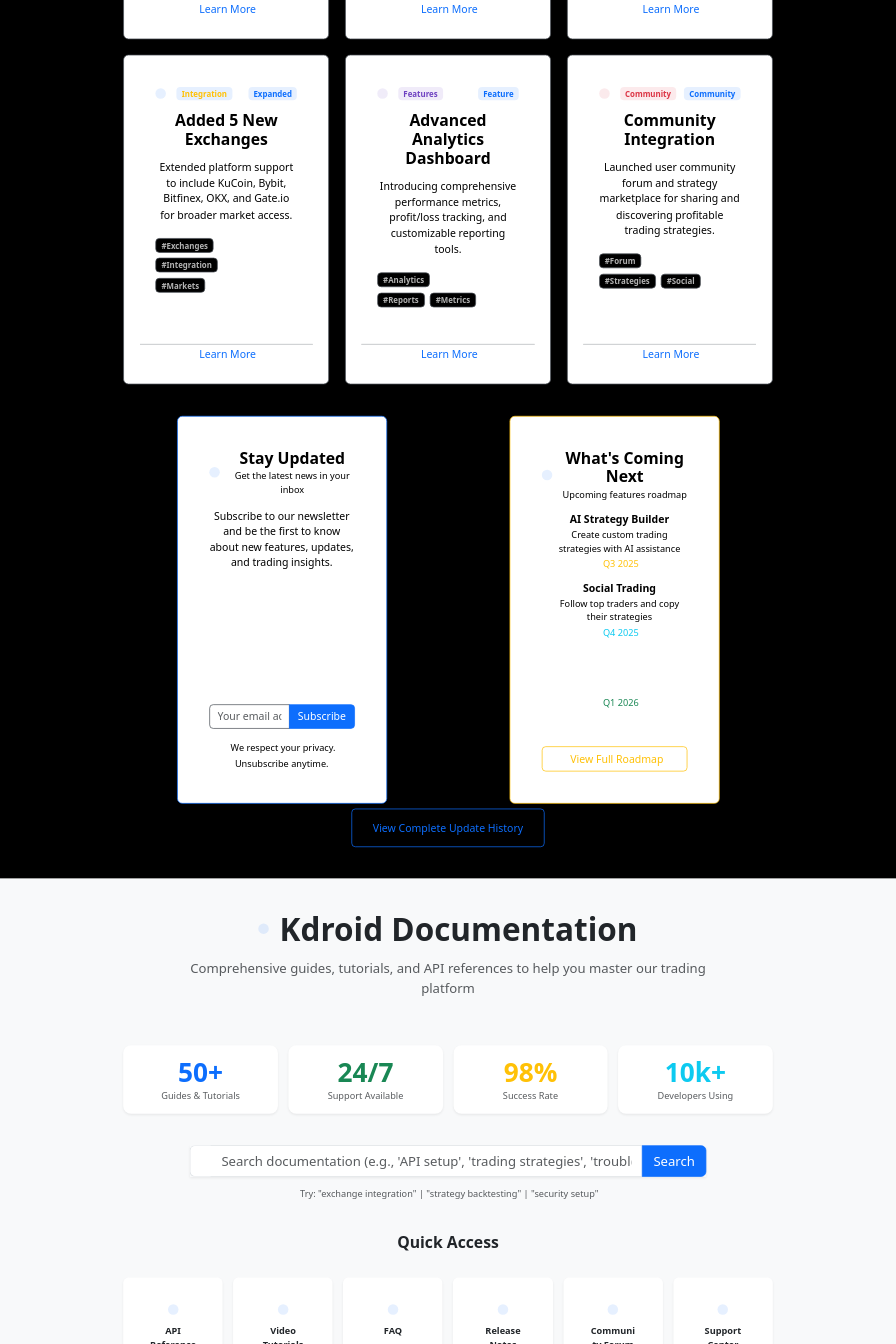
Repository: Kevin-Pro-Codes/halo-trading
Page: /
These files come from the project's save history. The page is drawn as it stood at one moment and after the next save; the edit follows.
The browser window is 1280 px wide. The pictures show the part of the page from y = 4003 to 5923 px (the page is 15259 px tall), at 70% of full size.
The page's requests for data from a server got no answer. The project was rebuilt for these pictures with package versions that can differ from the ones it lists, and the page was loaded fresh each time. Some packages were replaced by stand-ins written for this rebuild. No one was signed in, and anything a server would have sent is missing. Also part of the build but not shown: vite.config.js, src/styles/DocStyle.css, src/styles/PricingStyle.css.

Above is the page before, as saved 2025-12-09 16:36:07.

After the next save:
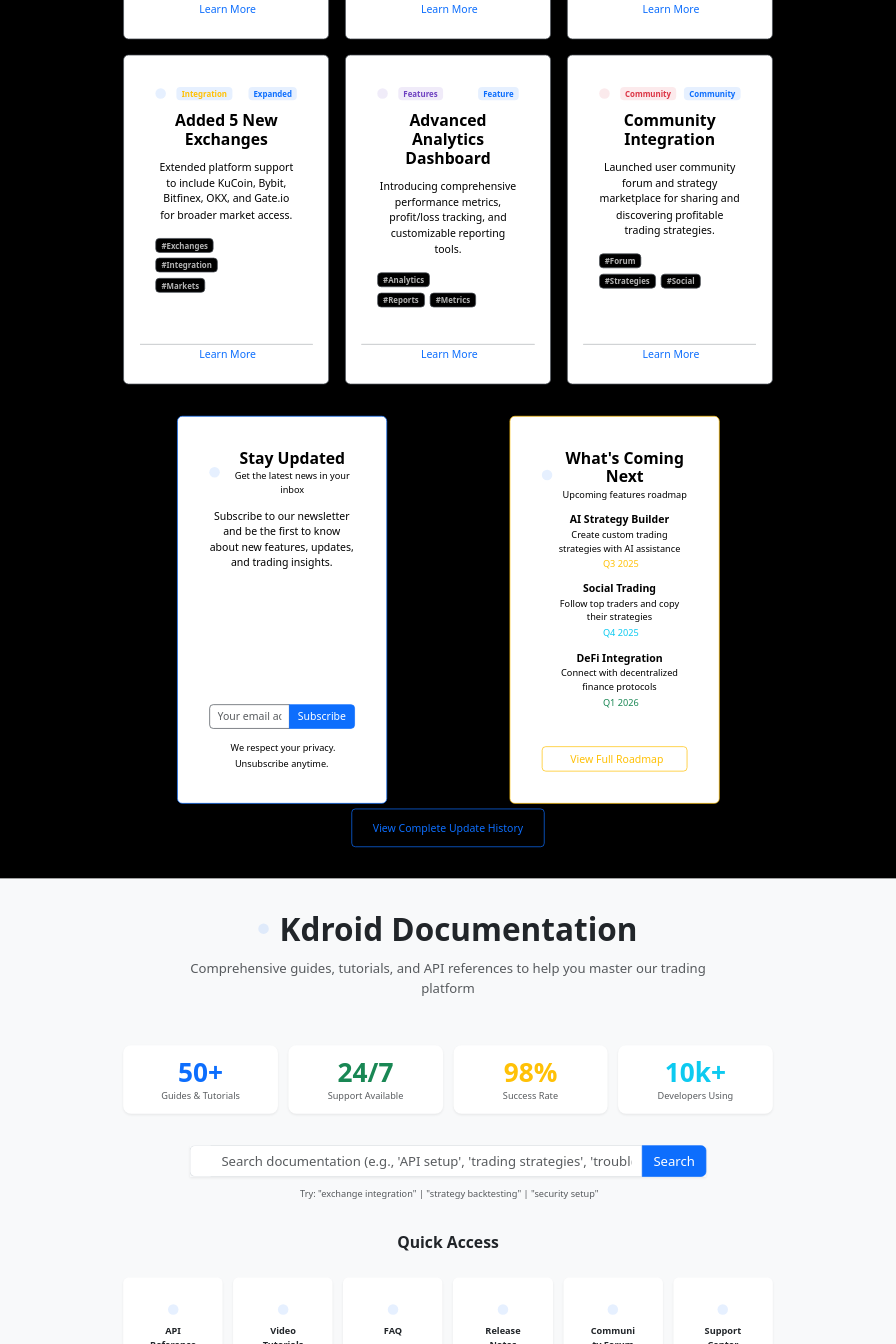
Saved 11 s later.
--- a/src/components/LatestSection.jsx
+++ b/src/components/LatestSection.jsx
@@ -290,8 +290,8 @@
                           <i className="bi bi-circle-fill fs-6"></i>
                         </div>
                         <div>
-                          <h6 className="fw-bold mb-1 text-white">DeFi Integration</h6>
-                          <p className="text-white-50 small mb-0">Connect with decentralized finance protocols</p>
+                          <h6 className="fw-bold mb-1 text-black">DeFi Integration</h6>
+                          <p className="text-black small mb-0">Connect with decentralized finance protocols</p>
                           <small className="text-success"><i className="bi bi-calendar me-1"></i> Q1 2026</small>
                         </div>
                       </div>
